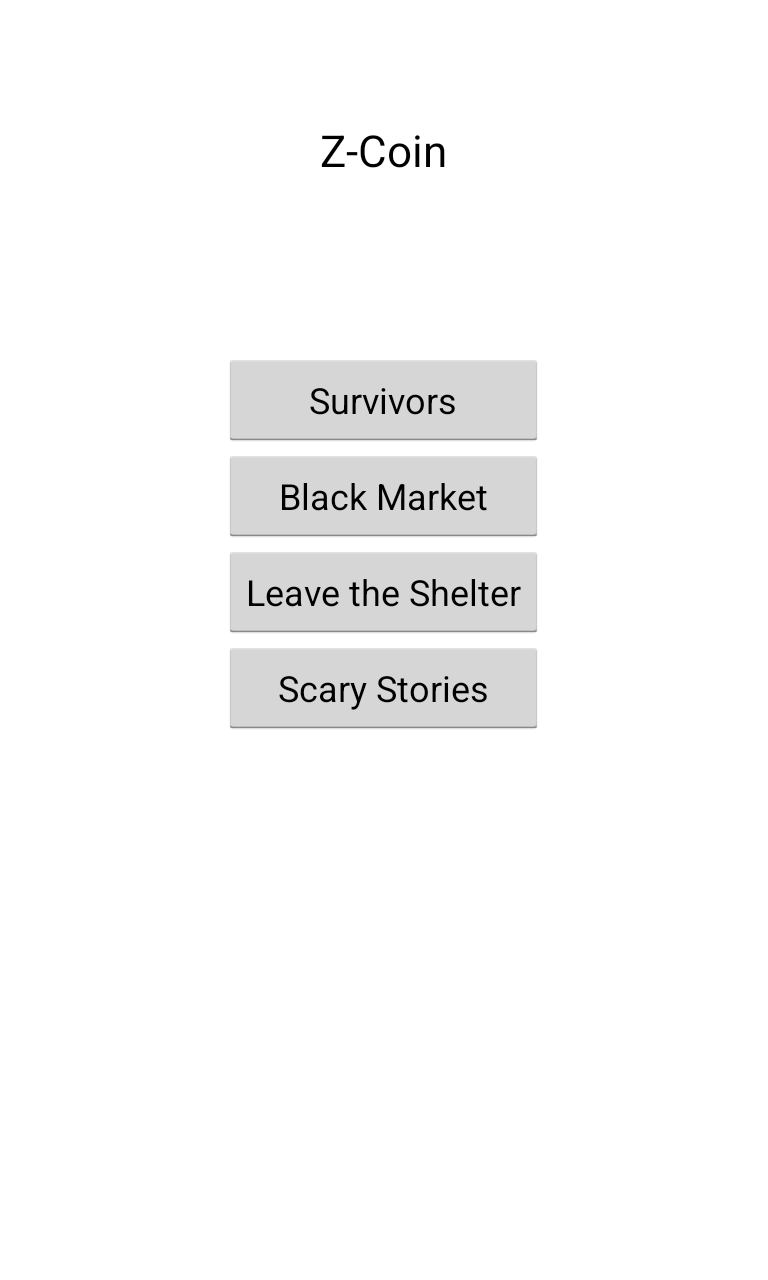
Repository: hekaiyue/Zombie-Coin
Layout: Android Workspace/ZCoins/res/layout/activity_main.xml
An editor plug-in stored every save of this project. The layout is shown before and after the next save, followed by the edit.
It is drawn on a 768 x 1280 px phone screen (xhdpi) without system bars, with theme AppTheme; the app's code is not run.

Above is the layout before, as saved 2014-02-01 13:12:21.

After the next save:
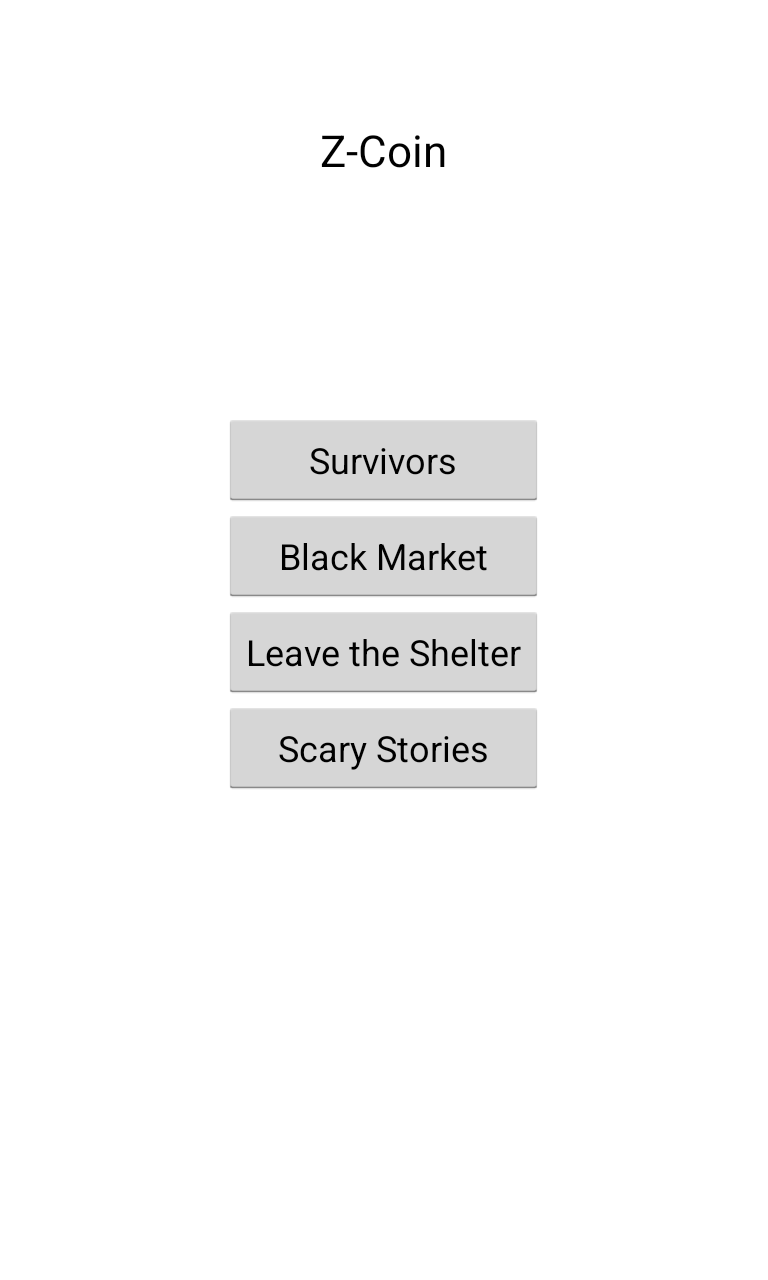
Saved 6 s later.
--- a/Android Workspace/ZCoins/res/layout/activity_main.xml
+++ b/Android Workspace/ZCoins/res/layout/activity_main.xml
@@ -23,7 +23,7 @@
         android:layout_height="wrap_content"
         android:layout_centerHorizontal="true"
         android:layout_marginBottom="17dp"
-        android:layout_marginTop="160dp"
+        android:layout_marginTop="190dp"
         android:orientation="vertical" >
 
         <Button
